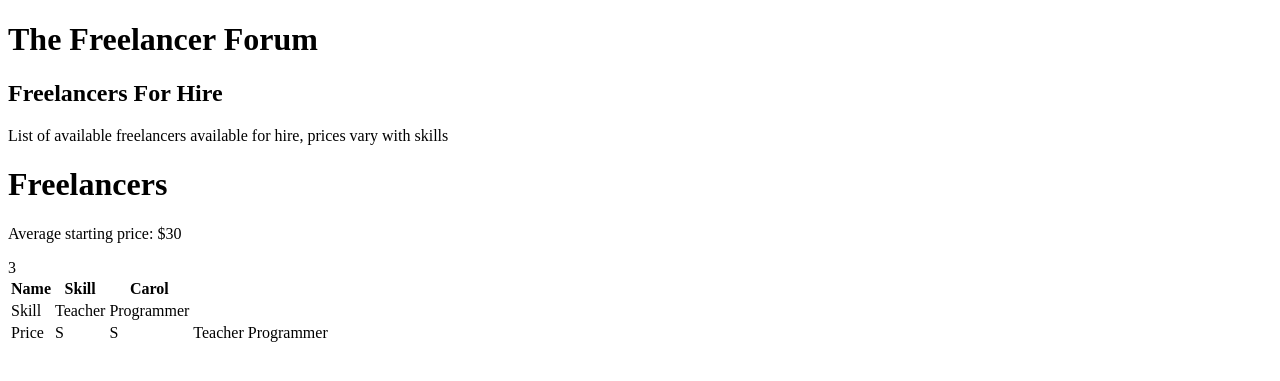
Repository: MelindaN14/Unit2.FreelancerForum
Page: forum/app.html
The author's editor kept a copy of each file at every save. The page is drawn from the files as they stood at one save, then again after a run of saves.
The browser window is 1280 px wide. The pictures show the whole page.

Above is the page before, as saved 2024-04-10 21:20:21.

After the next 3 saves:
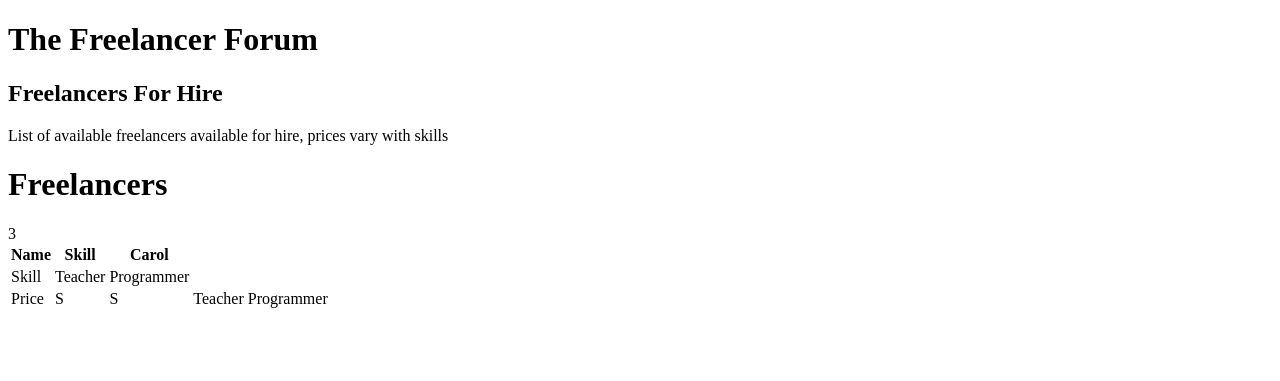
The 3 saves are shown as one change because they came seconds apart.
The last was saved 13 s later.
--- a/forum/app.html
+++ b/forum/app.html
@@ -14,8 +14,6 @@
   <div id="Names">
     <!-- Freelancers added here -->
   </div>
-  <p id="average-price">Average starting price: $30</p>
-
     <table id="freelancersList">
       <tr>
         <th>Name</th>
